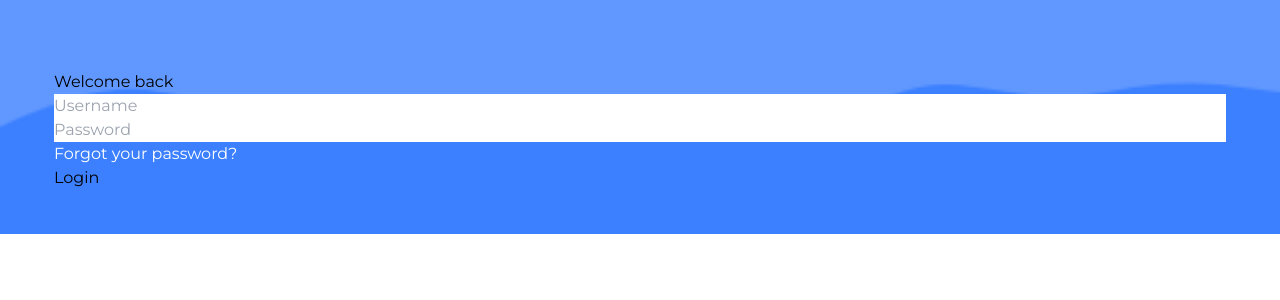
Repository: SatohJiro/CourseSale
Page: /
An editor plug-in stored every save of this project. The page is shown before and after the next save, followed by the edit.
The browser window is 1280 px wide. The pictures show the whole page.
The project was rebuilt for these pictures with package versions that can differ from the ones it lists, and the page was loaded fresh each time. Also part of the build but not shown: src/pages/Home/index.js, src/pages/Courses/index.js, src/layout/DefaultLayout/DefaultLayout.module.scss, src/layout/components/Header/Header.module.scss, src/layout/components/Header/index.js, src/layout/components/Sidebar/Sidebar.module.scss, src/layout/components/Sidebar/index.js, src/layout/DefaultLayout/index.js.

Above is the page before, as saved 2022-12-05 10:50:09.

After the next save:
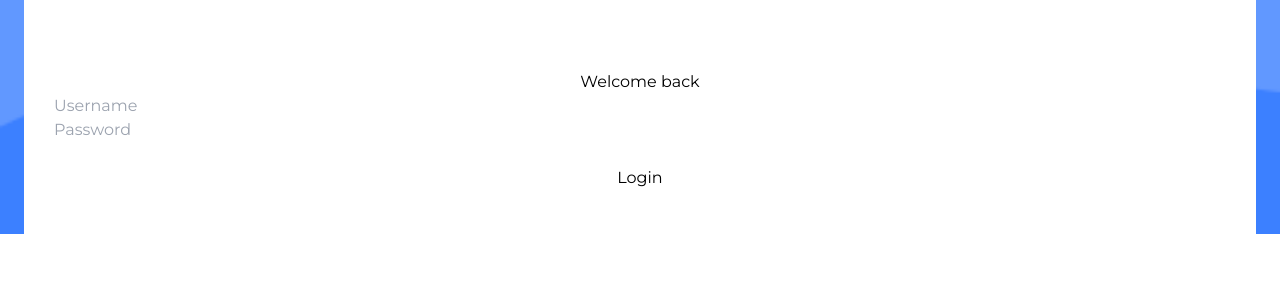
Saved 38 s later.
--- a/src/pages/Login/Login.jsx
+++ b/src/pages/Login/Login.jsx
@@ -4,7 +4,7 @@ const Login = () => {
   return (
     <>
       <div className="grid place-items-center m-0 px-[24px] bg-login bg-no-repeat bg-cover animate-background-pan">
-        <div className="w-full px-[30px] pt-[70px] pb-[44px]">
+        <div className="w-full px-[30px] pt-[70px] pb-[44px] round-[24px] bg-white text-center">
           <h2>Welcome back</h2>
           <form action="" className="grid">
             <input type="text" placeholder="Username" />
